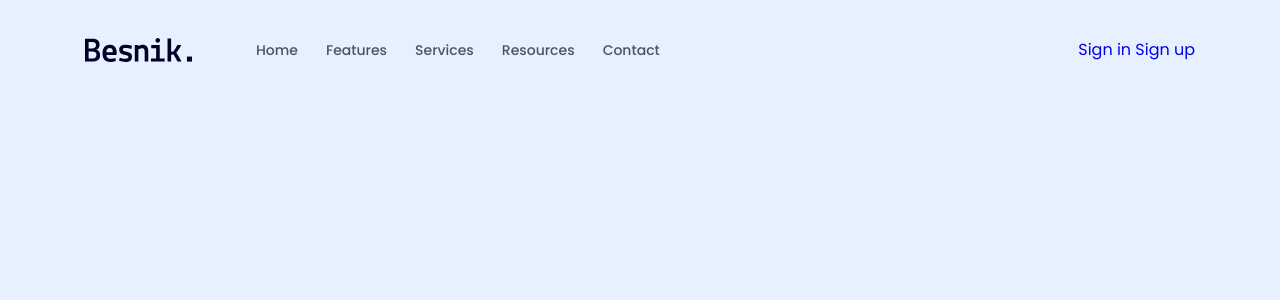
Repository: Tibi2003/f8-htmlcss-01
Page: index.html
These files come from the project's save history. The page is drawn as it stood at one moment and after the next save; the edit follows.
The browser window is 1280 px wide. The pictures show the whole page.

Above is the page before, as saved 2024-02-05 15:57:04.

### index.html
<!DOCTYPE html>
<html lang="en">
	<head>
		<meta charset="UTF-8" />
		<meta name="viewport" content="width=device-width, initial-scale=1.0" />
		<title>F8 Project 01</title>
		<link rel="stylesheet" href="./assets/css/reset.css" />
		<link rel="stylesheet" href="./assets/fonts/stylesheet.css" />
		<link rel="stylesheet" href="./assets/css/styles.css" />
	</head>
	<body>
		<main>
			<!-- Header -->
			<header class="header">
				<div class="content">
					<nav class="navbar">
						<!-- Logo -->
						<img src="./assets/img/logo.svg" alt="Besnik." />
						<!-- Navigation -->
						<ul>
							<li><a href="#!">Home</a></li>
							<li><a href="#!">Features</a></li>
							<li><a href="#!">Services</a></li>
							<li><a href="#!">Resources</a></li>
							<li><a href="#!">Contact</a></li>
						</ul>
						<!-- Action -->
						<div class="actions">
							<a href="#!" class="action-link">Sign in</a>
							<a href="#!" class="btn">Sign up</a>
						</div>
					</nav>
				</div>
			</header>
		</main>
	</body>
</html>

### assets/fonts/stylesheet.css
/* ========== Poppins ========== */
@font-face {
	font-family: "Poppins";
	src: url("Poppins/Poppins-Black.woff2") format("woff2"),
		url("Poppins/Poppins-Black.woff") format("woff");
	font-weight: 900;
	font-style: normal;
	font-display: swap;
}

@font-face {
	font-family: "Poppins";
	src: url("Poppins/Poppins-BlackItalic.woff2") format("woff2"),
		url("Poppins/Poppins-BlackItalic.woff") format("woff");
	font-weight: 900;
	font-style: italic;
	font-display: swap;
}

@font-face {
	font-family: "Poppins";
	src: url("Poppins/Poppins-Bold.woff2") format("woff2"),
		url("Poppins/Poppins-Bold.woff") format("woff");
	font-weight: bold;
	font-style: normal;
	font-display: swap;
}

@font-face {
	font-family: "Poppins";
	src: url("Poppins/Poppins-ExtraLightItalic.woff2") format("woff2"),
		url("Poppins/Poppins-ExtraLightItalic.woff") format("woff");
	font-weight: 200;
	font-style: italic;
	font-display: swap;
}

@font-face {
	font-family: "Poppins";
	src: url("Poppins/Poppins-Italic.woff2") format("woff2"),
		url("Poppins/Poppins-Italic.woff") format("woff");
	font-weight: normal;
	font-style: italic;
	font-display: swap;
}

@font-face {
	font-family: "Poppins";
	src: url("Poppins/Poppins-BoldItalic.woff2") format("woff2"),
		url("Poppins/Poppins-BoldItalic.woff") format("woff");
	font-weight: bold;
	font-style: italic;
	font-display: swap;
}

@font-face {
	font-family: "Poppins";
	src: url("Poppins/Poppins-ExtraBold.woff2") format("woff2"),
		url("Poppins/Poppins-ExtraBold.woff") format("woff");
	font-weight: bold;
	font-style: normal;
	font-display: swap;
}

@font-face {
	font-family: "Poppins";
	src: url("Poppins/Poppins-ExtraLight.woff2") format("woff2"),
		url("Poppins/Poppins-ExtraLight.woff") format("woff");
	font-weight: 200;
	font-style: normal;
	font-display: swap;
}

@font-face {
	font-family: "Poppins";
	src: url("Poppins/Poppins-ExtraBoldItalic.woff2") format("woff2"),
		url("Poppins/Poppins-ExtraBoldItalic.woff") format("woff");
	font-weight: bold;
	font-style: italic;
	font-display: swap;
}

@font-face {
	font-family: "Poppins";
	src: url("Poppins/Poppins-Medium.woff2") format("woff2"),
		url("Poppins/Poppins-Medium.woff") format("woff");
	font-weight: 500;
	font-style: normal;
	font-display: swap;
}

@font-face {
	font-family: "Poppins";
	src: url("Poppins/Poppins-Light.woff2") format("woff2"),
		url("Poppins/Poppins-Light.woff") format("woff");
	font-weight: 300;
	font-style: normal;
	font-display: swap;
}

@font-face {
	font-family: "Poppins";
	src: url("Poppins/Poppins-MediumItalic.woff2") format("woff2"),
		url("Poppins/Poppins-MediumItalic.woff") format("woff");
	font-weight: 500;
	font-style: italic;
	font-display: swap;
}

@font-face {
	font-family: "Poppins";
	src: url("Poppins/Poppins-Regular.woff2") format("woff2"),
		url("Poppins/Poppins-Regular.woff") format("woff");
	font-weight: normal;
	font-style: normal;
	font-display: swap;
}

@font-face {
	font-family: "Poppins";
	src: url("Poppins/Poppins-LightItalic.woff2") format("woff2"),
		url("Poppins/Poppins-LightItalic.woff") format("woff");
	font-weight: 300;
	font-style: italic;
	font-display: swap;
}

@font-face {
	font-family: "Poppins";
	src: url("Poppins/Poppins-SemiBoldItalic.woff2") format("woff2"),
		url("Poppins/Poppins-SemiBoldItalic.woff") format("woff");
	font-weight: 600;
	font-style: italic;
	font-display: swap;
}

@font-face {
	font-family: "Poppins";
	src: url("Poppins/Poppins-SemiBold.woff2") format("woff2"),
		url("Poppins/Poppins-SemiBold.woff") format("woff");
	font-weight: 600;
	font-style: normal;
	font-display: swap;
}

@font-face {
	font-family: "Poppins";
	src: url("Poppins/Poppins-ThinItalic.woff2") format("woff2"),
		url("Poppins/Poppins-ThinItalic.woff") format("woff");
	font-weight: 100;
	font-style: italic;
	font-display: swap;
}

@font-face {
	font-family: "Poppins";
	src: url("Poppins/Poppins-Thin.woff2") format("woff2"),
		url("Poppins/Poppins-Thin.woff") format("woff");
	font-weight: 100;
	font-style: normal;
	font-display: swap;
}

### assets/css/styles.css
* {
	box-sizing: border-box;
}

html {
	font-size: 62.5%;
}

body {
	font-size: 1.6rem;
	font-family: "Poppins", sans-serif;
}

/* Common */
a {
	text-decoration: none;
}

.content {
	width: 1110px;
	margin-left: auto;
	margin-right: auto;
}

/* Header */
.header {
	background: #e6f0ff;
	height: 100vh;
}

.navbar {
	display: flex;
	align-items: center;
	padding-top: 38px;
}

.navbar ul {
	display: flex;
	margin-left: 50px;
}

.navbar .actions {
	margin-left: auto;
}

.navbar ul a {
	font-size: 1.4rem;
	font-weight: 500;
	color: #4f5361;
	padding: 8px 14px;
}

Loaded but not shown: assets/css/reset.css (common file)

After the next save:
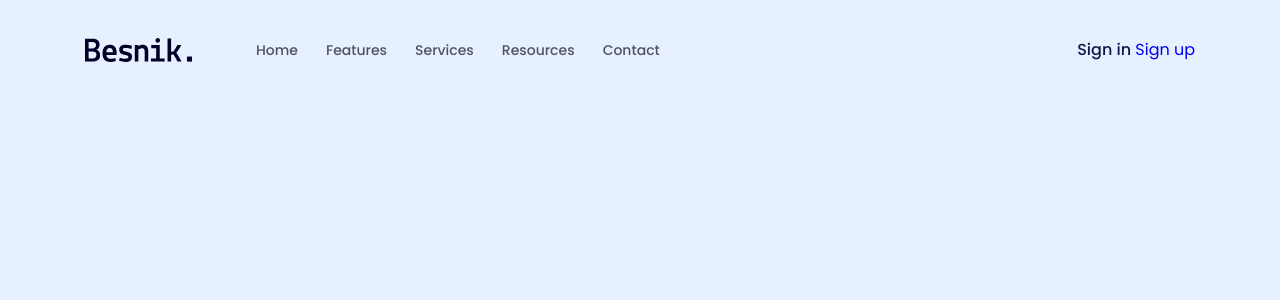
Saved 89 s later.
--- a/assets/css/styles.css
+++ b/assets/css/styles.css
@@ -49,3 +49,9 @@ a {
 	color: #4f5361;
 	padding: 8px 14px;
 }
+
+.navbar .action-link {
+	font-weight: 500;
+	font-size: 14;
+	color: #0f1b4c;
+}
